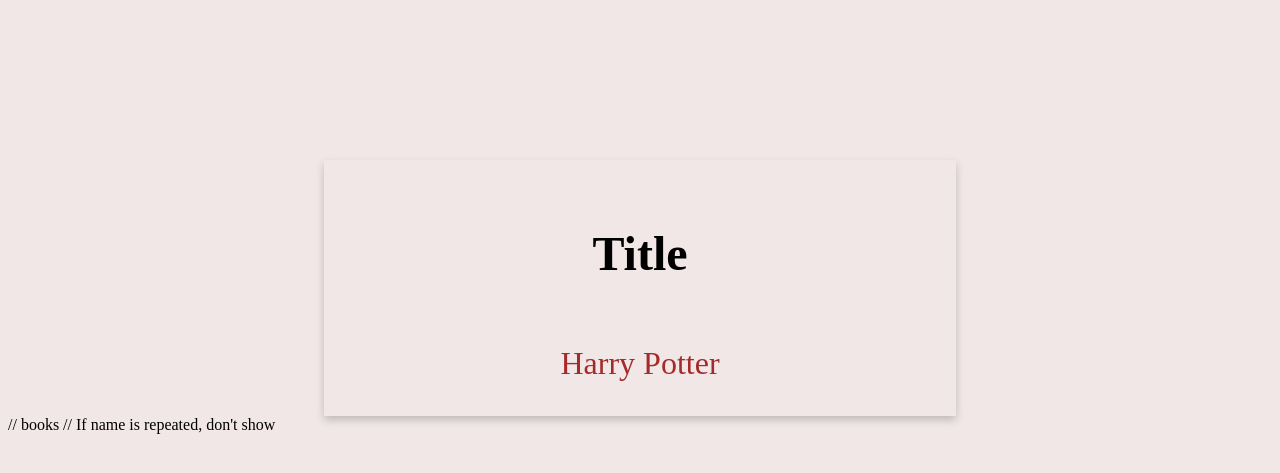
Repository: cyborgEneki/archangel-code-challenge
Page: index.html
The author's editor kept a copy of each file at every save. The page is drawn from the files as they stood at one save, then again after the next save.
The browser window is 1280 px wide. The pictures show the whole page.
The style sheet was rebuilt from its Sass, Less or Tailwind sources for each picture, by a compiler version that may differ from the author's.

Above is the page before, as saved 2020-11-05 14:06:08.

After the next save:
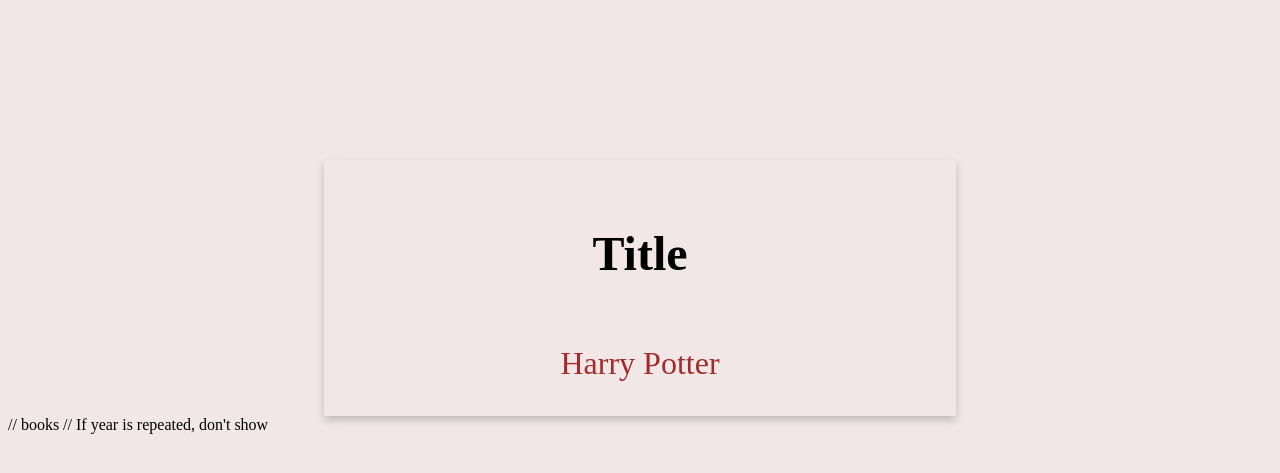
Saved 9 s later.
--- a/index.html
+++ b/index.html
@@ -26,4 +26,4 @@
                     <!-- <p class="card__text">{{compareEquality a b real makeBelieve}}!</p> -->
 
                     // books
-                    // If name is repeated, don't show
+                    // If year is repeated, don't show

After the save that followed:
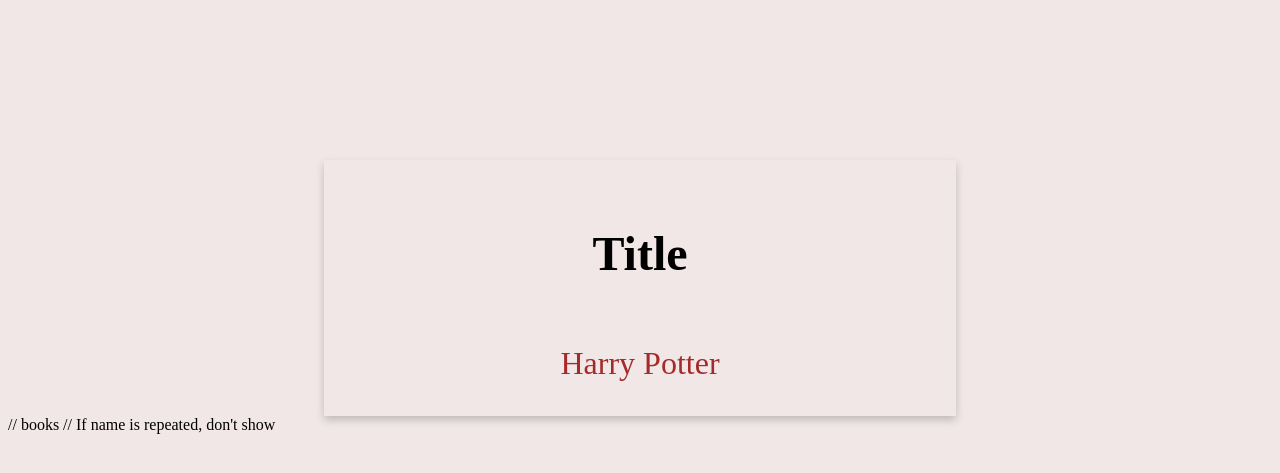
Saved 10 s later.
--- a/index.html
+++ b/index.html
@@ -26,4 +26,4 @@
                     <!-- <p class="card__text">{{compareEquality a b real makeBelieve}}!</p> -->
 
                     // books
-                    // If year is repeated, don't show
+                    // If name is repeated, don't show
